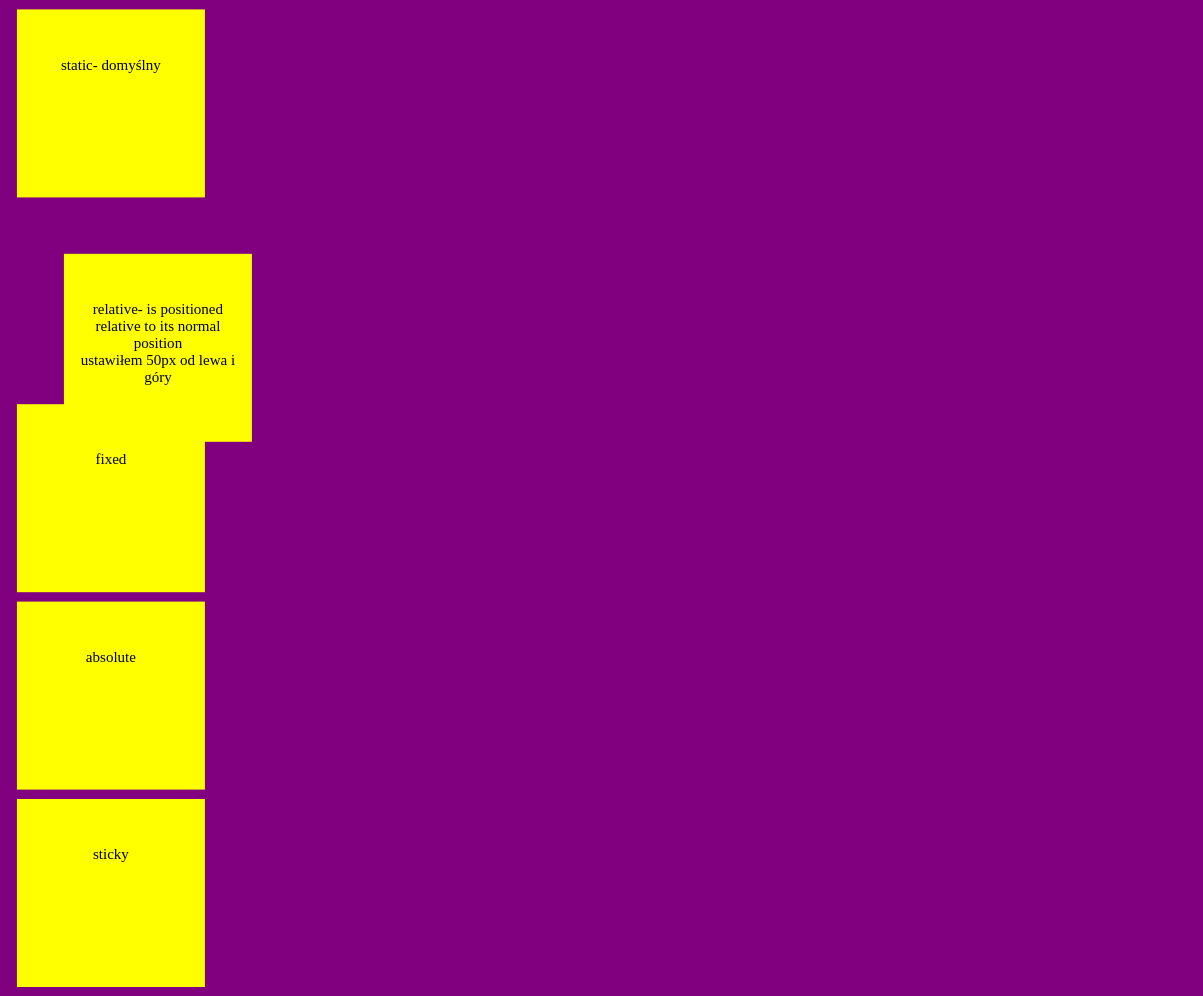
Repository: quenrythane/homepage
Page: CSS positions/CSS-positions.html
These files come from the project's save history. The page is drawn as it stood at one moment and after the next save; the edit follows.
The browser window is 1280 px wide. The pictures show the whole page, at 94% of full size.

Above is the page before, as saved 2020-10-11 03:42:59.

### CSS positions/CSS-positions.html
<!DOCTYPE html>
<html lang="en">
<head>
    <meta charset="UTF-8">
    <meta name="viewport" content="width=device-width, initial-scale=1.0">
    <title>CSS-positions</title>
    <link href="CSS-positions.css " rel="stylesheet" type="text/css">
</head>
<body >
    <div class="box static">static- domyślny</div>
    <div class="box relative">relative- is positioned relative to its normal position<br>
    ustawiłem 50px od lewa i góry</div>
    <div class="box fixed">fixed</div>
    <div class="box absolute">absolute</div>
    <div class="box sticky">sticky</div>
</body>
</html>

### CSS positions/CSS-positions.css
body {
    background: purple;
}

.box{
    box-sizing: border-box;
    background: yellow;
    width: 200px;
    height: 200px ;
    margin: 10px;
    text-align: center;
    padding: 10px ;
    padding-top: 50px;
}

.static{
    position: static;
}

.relative{
    position: relative;
    left: 50px;
    top: 50px;
}

.fixed{

}

.absolute{

}

.sticky{

}

After the next save:
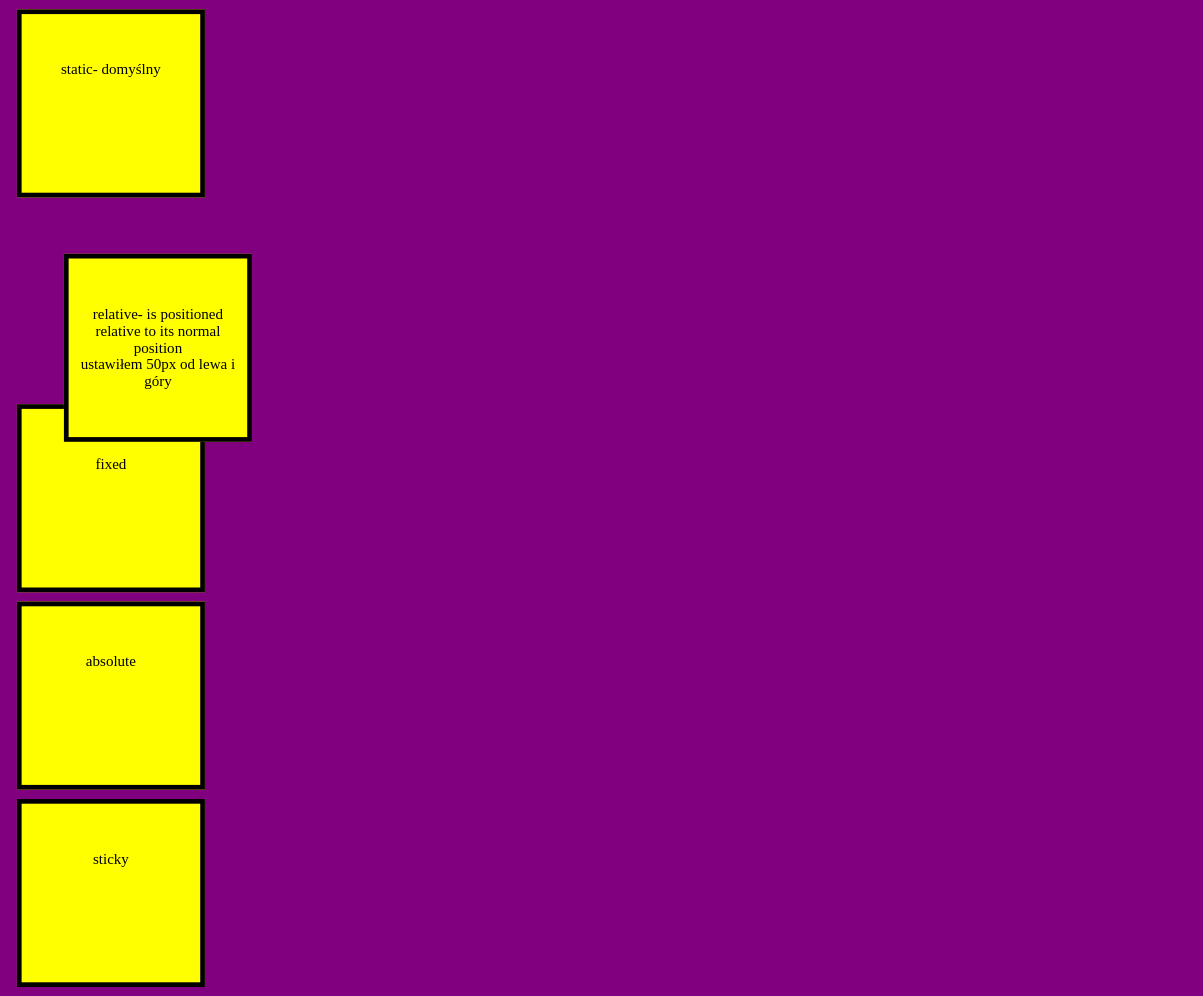
Saved 70 s later.
--- a/CSS positions/CSS-positions.css
+++ b/CSS positions/CSS-positions.css
@@ -11,6 +11,7 @@ body {
     text-align: center;
     padding: 10px ;
     padding-top: 50px;
+    border: solid black 5px;
 }
 
 .static{
